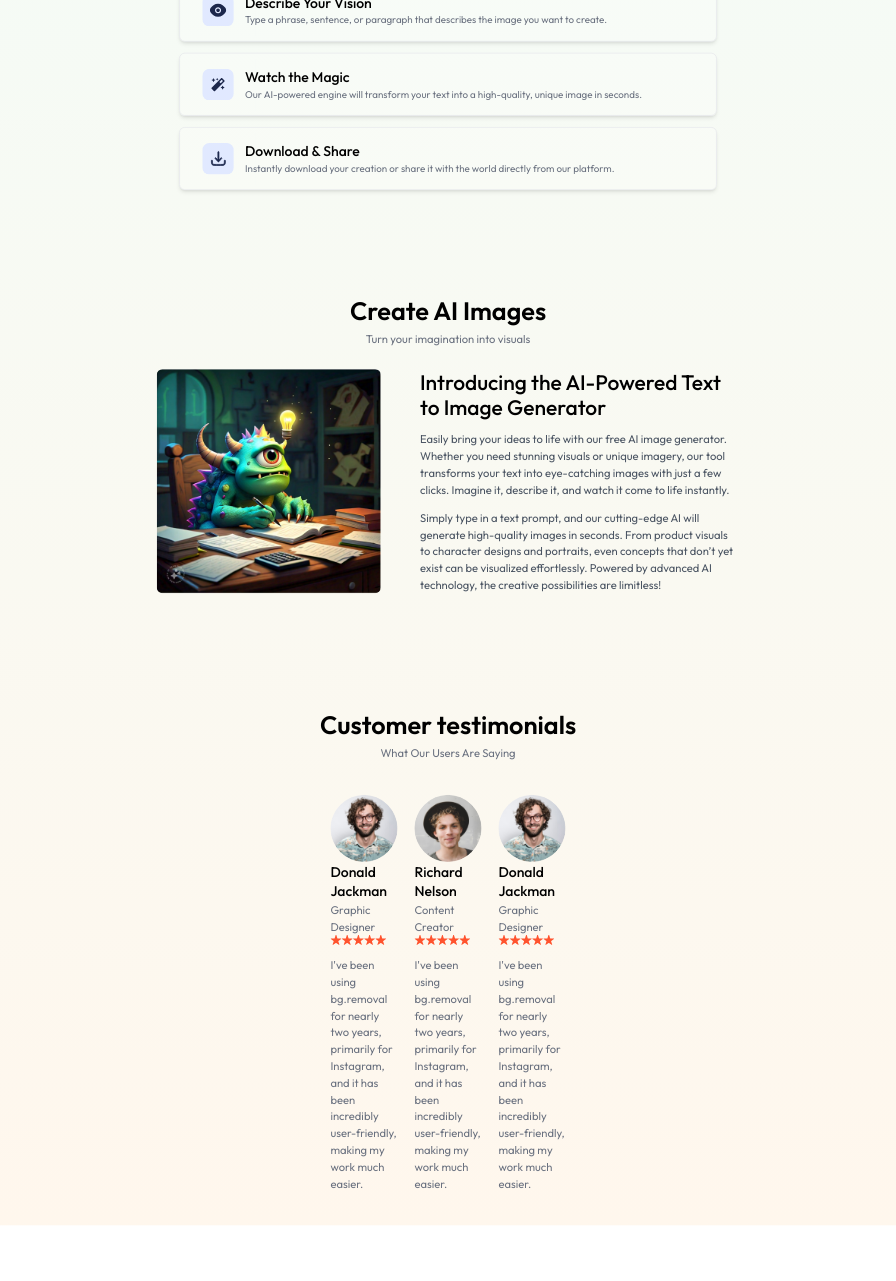
Repository: Abrammse/Abraify
Page: /
An editor plug-in stored every save of this project. The page is shown before and after a run of saves, followed by the edit.
The browser window is 1280 px wide. The pictures show the part of the page from y = 999 to 2919 px (the page is 2829 px tall before and 2919 px after), at 70% of full size.
The project was rebuilt for these pictures with package versions that can differ from the ones it lists, and the page was loaded fresh each time. Also part of the build but not shown: vite.config.js, src/pages/Buycredit.jsx.

Above is the page before, as saved 2024-11-25 12:07:08.

After the next 2 saves:
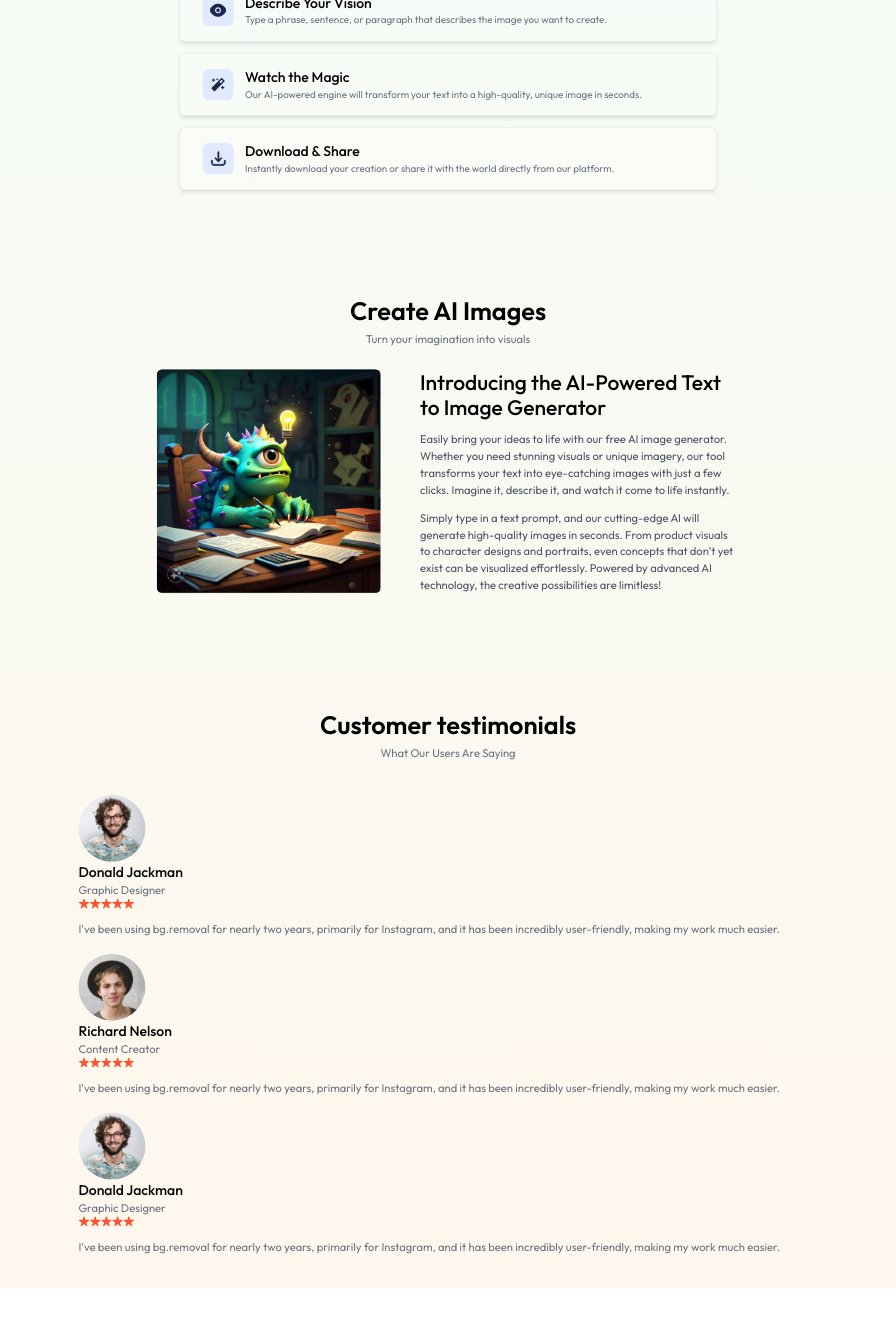
The 2 saves are shown as one change because they came seconds apart.
The last was saved 9 s later.
--- a/src/components/testimonials.jsx
+++ b/src/components/testimonials.jsx
@@ -9,7 +9,7 @@ const Testimonials = () => {
 
             <div className='flex flex-wrap gap-6 '>
         {testimonialsData.map((item,index)=>(
-            <div  key={index}  className='rounded-full w-24 ' >
+            <div  key={index}  className='bg- ' >
                 <img src={item.image} alt="" className='rounded-full w-24 ' />
             <div>
                 <h2 className='text-xl  font-medium' > {item.name}</h2>
